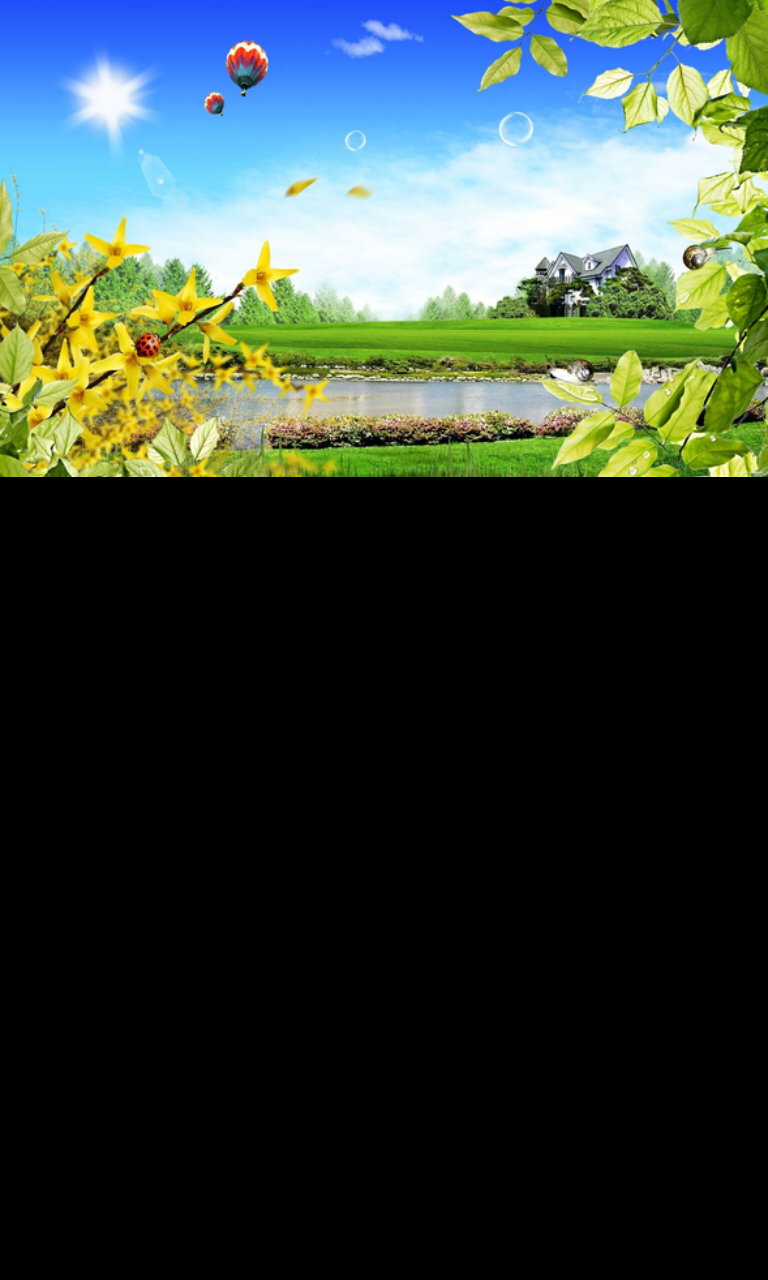
Repository: GuangmingChan/DevelopAndroidApp
Layout: demoImageView/res/layout/main.xml
An editor plug-in stored every save of this project. The layout is shown before and after the next save, followed by the edit.
It is drawn on a 768 x 1280 px phone screen (xhdpi) without system bars, with theme android:Theme.Holo; the app's code is not run.

Above is the layout before, as saved 2017-03-13 06:29:21.

After the next save:
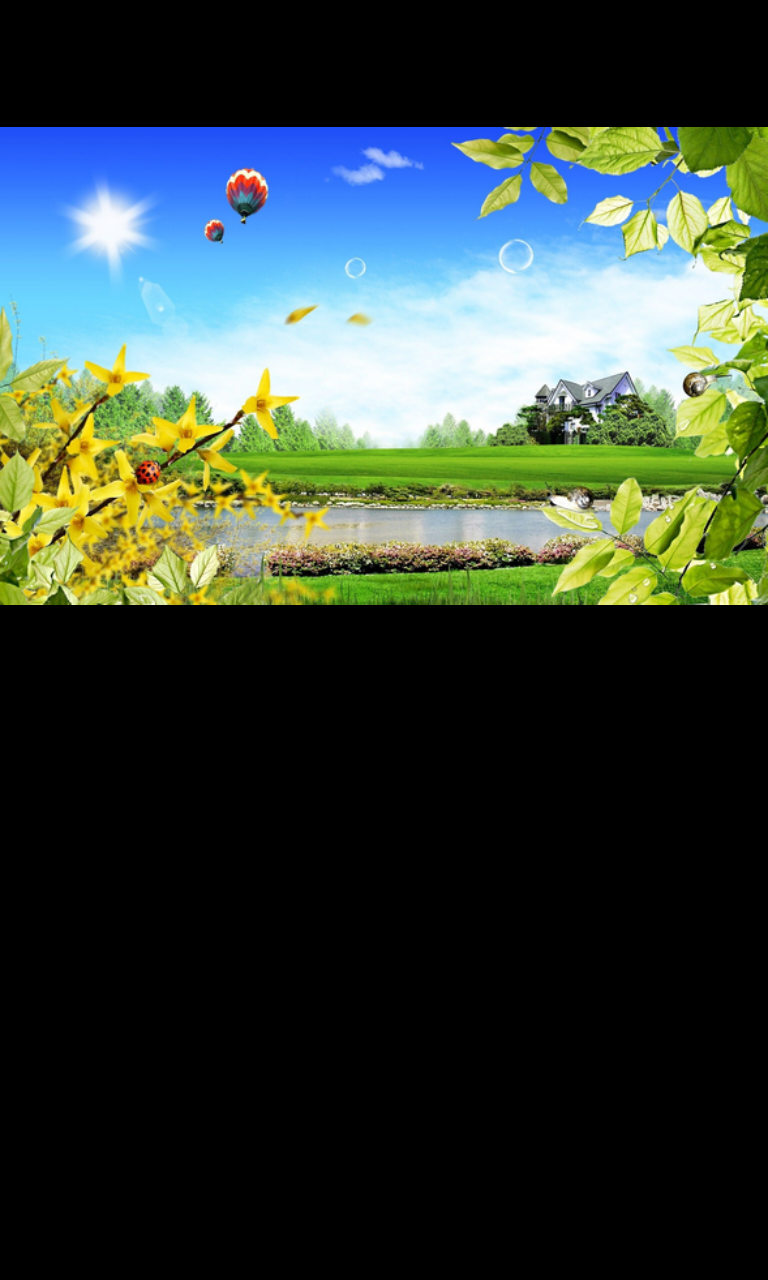
Saved 2 min 25 s later.
--- a/demoImageView/res/layout/main.xml
+++ b/demoImageView/res/layout/main.xml
@@ -11,7 +11,7 @@
         android:layout_height="wrap_content"
         android:maxWidth="300dp"
         android:maxHeight="200dp"
-        android:scaleType="fitStart"
+        android:scaleType="fitCenter"
     />
 
 </LinearLayout>
